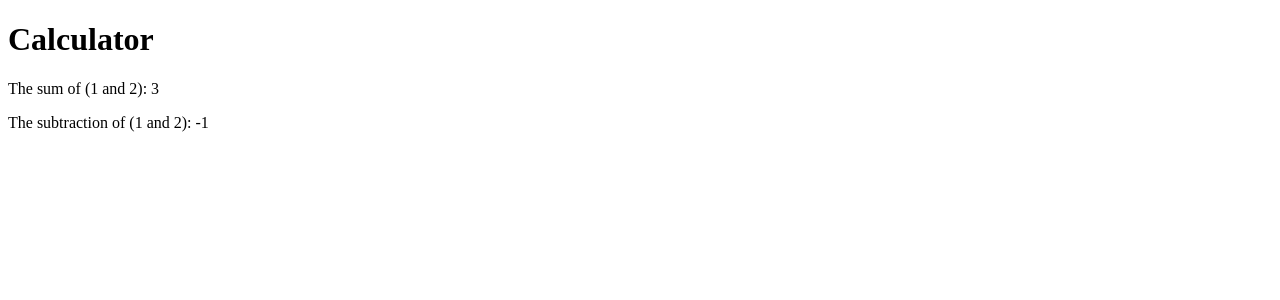
Repository: mrhpn/JavaEE--JSP-SERVLET
Page: http://localhost/JSP_JSTL/calculator.jsp
An editor plug-in stored every save of this project. The page is shown before and after the next save, followed by the edit.
The browser window is 1280 px wide. The pictures show the whole page.
The page is served by Tomcat 9.

Above is the page before, as saved 2021-03-30 07:27:32.

After the next save:
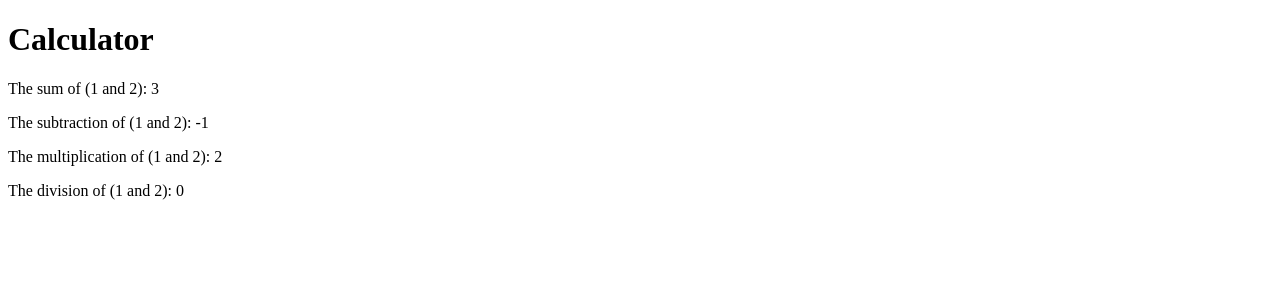
Saved 20 s later.
--- a/JSP_JSTL/WebContent/calculator.jsp
+++ b/JSP_JSTL/WebContent/calculator.jsp
@@ -37,6 +37,8 @@
 	<h1>Calculator</h1>
 	<p>The sum of (1 and 2): <% out.print(calculate(1, 2, "+")); %></p>
 	<p>The subtraction of (1 and 2): <% out.print(calculate(1, 2, "-")); %></p>
+	<p>The multiplication of (1 and 2): <% out.print(calculate(1, 2, "*")); %></p>
+	<p>The division of (1 and 2): <% out.print(calculate(1, 2, "/")); %></p>
 
 </body>
 </html>
